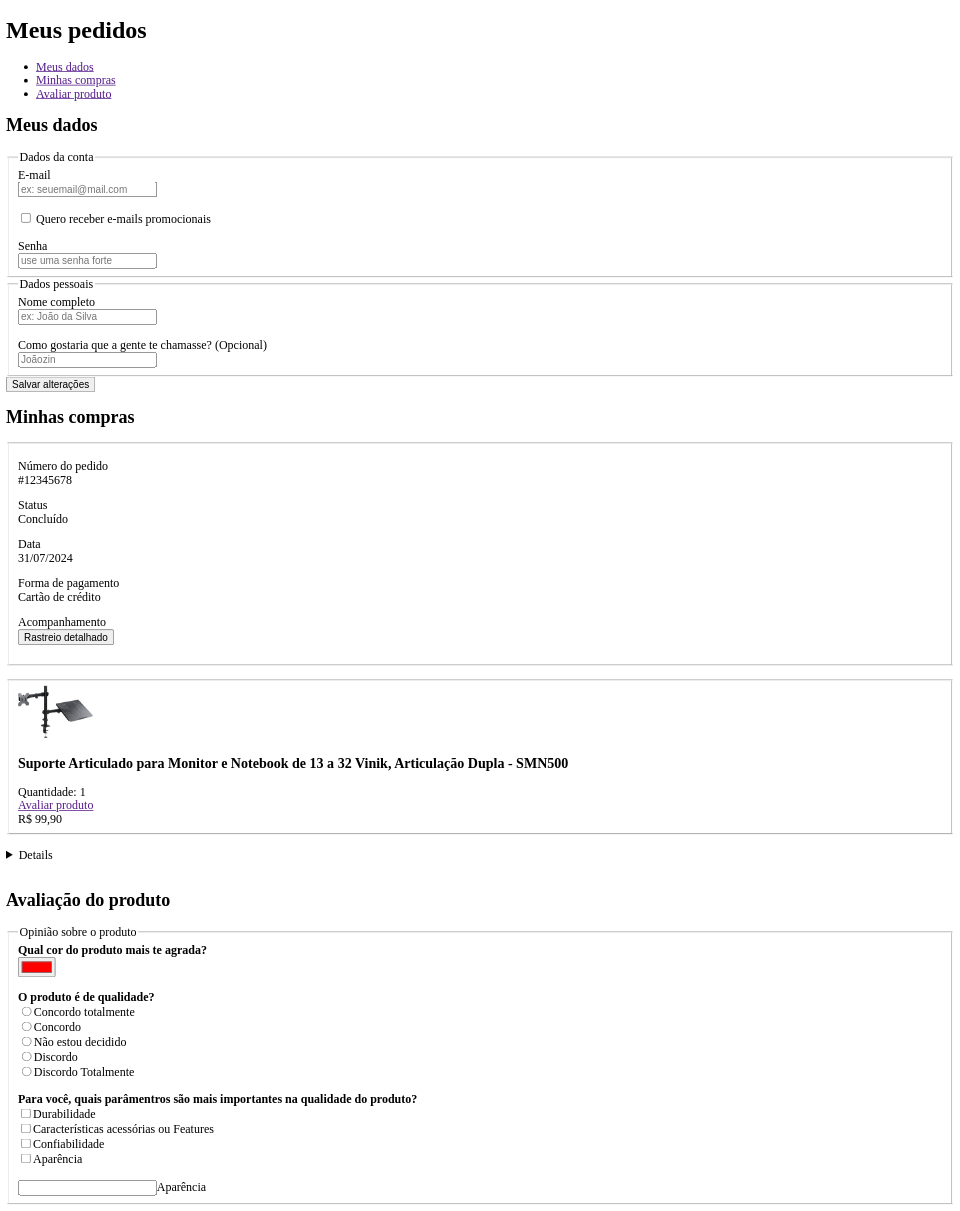
Repository: claudemir-camargo/site-compras
Page: index.html
These files come from the project's save history. The page is drawn as it stood at one moment and after the next save; the edit follows.
The browser window is 1280 px wide. The pictures show the whole page, at 75% of full size.

Above is the page before, as saved 2024-03-03 23:16:53.

### index.html
<!DOCTYPE html>
<html lang="en">

<head>
    <meta charset="UTF-8">
    <meta name="viewport" content="width=device-width, initial-scale=1.0">
    <link rel="stylesheet" type="text/css" href="css/style.css" />
    <title>Site de Compras</title>
</head>

<body>
    <h1>Meus pedidos</h1>
    <ul>
        <li><a href="">Meus dados</a></li>
        <li><a href="">Minhas compras</a></li>
        <li><a href="">Avaliar produto</a></li>
    </ul>
    <h2>Meus dados</h2>
    <!-- Conta -->
    <fieldset>
        <legend>Dados da conta</legend>
        <form>
            <label>E-mail</label><br>
            <input type="email" id="email" name="email" placeholder="ex: seuemail@mail.com"><br><br>
            <input type="checkbox">
            <label>Quero receber e-mails promocionais</label><br><br>
            <label>Senha</label><br>
            <input type="password" placeholder="use uma senha forte">
        </form>
    </fieldset>
    <!-- Pessoais -->
    <fieldset>
        <legend>Dados pessoais</legend>
        <form>
            <label>Nome completo</label><br>
            <input type="text" placeholder="ex: João da Silva"><br><br>
            <label>Como gostaria que a gente te chamasse? (Opcional) </label><br>
            <input type="text" placeholder="Joãozin">
        </form>
    </fieldset>
    <button type="button">Salvar alterações</button>
    <!-- Minhas compras -->
    <h2>Minhas compras</h2>
    <fieldset>
        <p>Número do pedido<br>#12345678</p>
        <p>Status<br>Concluído</p>
        <p>Data<br>31/07/2024</p>
        <p>Forma de pagamento<br>Cartão de crédito</p>
        <p>Acompanhamento<br><button>Rastreio detalhado</button></p>
    </fieldset>
    <!-- Produto -->
    <br>
    <fieldset>
        <img src="img/suporte.jpg" alt="Suporte">
        <h3>
            <p>Suporte Articulado para Monitor e Notebook de 13 a 32 Vinik,
                Articulação Dupla - SMN500</p>
        </h3>
        Quantidade: 1<br>
        <a href="">Avaliar produto</a><br>
        R$ 99,90
    </fieldset>
    <br>
    <details tag="Detalhes de Envio e Pagamento">
        <p></p>
        <strong>Endereço de entrega</strong><br>
        Avenida Estelita Falcão<br>
        Número 12, Centro<br>
        CEP 48170-970 - Itapetininga/São Paulo
        <br><br>
        <strong>Forma de Pagamento</strong><br>
        Cartão de crédito<br>
        Master Card **** **** **** 1234<br>
        Titular: Claudemir Camargo
        <br><br>
        <strong>Frete</strong>
        R$ 15,50<br>
        Enviado por GFL<br>
        Entregue
    </details>
    <br>
    <form>
        <h2>Avaliação do produto</h2>
        <fieldset>
            <legend>Opinião sobre o produto</legend>
            <label><strong>Qual cor do produto mais te agrada?</strong></label><br>
            <input type="color" value="#ff0000"><br><br>
            <label><strong>O produto é de qualidade?</strong></label><br>
            <input type="radio" name="qualidade"><label>Concordo totalmente</label><br>
            <input type="radio" name="qualidade"><label>Concordo</label><br>
            <input type="radio" name="qualidade"><label>Não estou decidido</label><br>
            <input type="radio" name="qualidade"><label></label>Discordo</label><br>
            <input type="radio" name="qualidade"><label></label>Discordo Totalmente</label>
            <br><br>
            <label><strong>Para você, quais parâmentros são mais importantes na qualidade do
                    produto?</strong></label><br>
            <input type="checkbox"><label>Durabilidade</label><br>
            <input type="checkbox"><label>Características acessórias ou Features</label><br>
            <input type="checkbox"><label>Confiabilidade</label><br>
            <input type="checkbox"><label>Aparência</label>
            <br><br>
            <input type="text"><label>Aparência</label>


    </form>


    </fieldset>



</body>

</html>

### css/style.css
img {
    height: 70px;
    width: 100px;
}

After the next save:
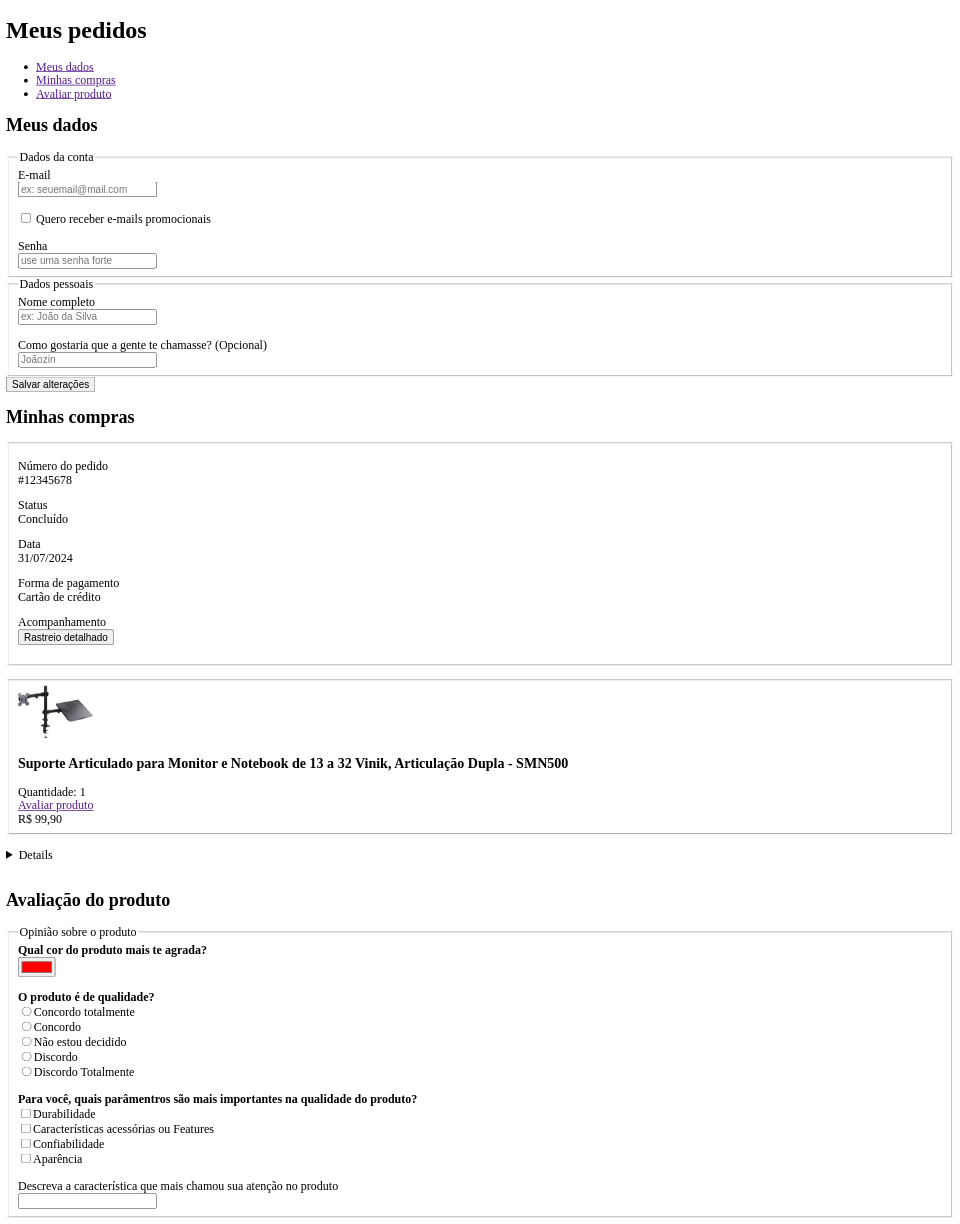
Saved 69 s later.
--- a/index.html
+++ b/index.html
@@ -99,7 +99,8 @@
             <input type="checkbox"><label>Confiabilidade</label><br>
             <input type="checkbox"><label>Aparência</label>
             <br><br>
-            <input type="text"><label>Aparência</label>
+            <label>Descreva a característica que mais chamou sua atenção no produto</label><br>
+            <input type="text">
 
 
     </form>
